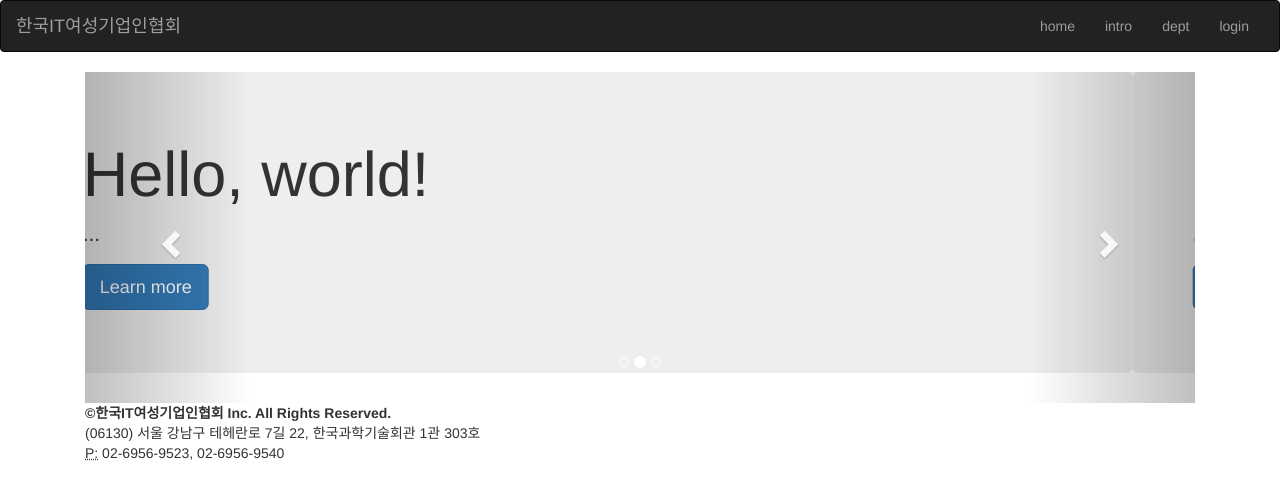
Repository: minho00123/sw-professional-training
Page: http://localhost/sts05/WEB-INF/views/index.jsp
An editor plug-in stored every save of this project. The page is shown before and after a run of saves, followed by the edit.
The browser window is 1280 px wide. The pictures show the whole page.
The page is served by Tomcat 9. Nobody is signed in. The template is opened directly, without the code that normally fills it, so the values that code supplies are empty.

Above is the page before, as saved 2025-05-19 03:50:40.

After the next 2 saves:
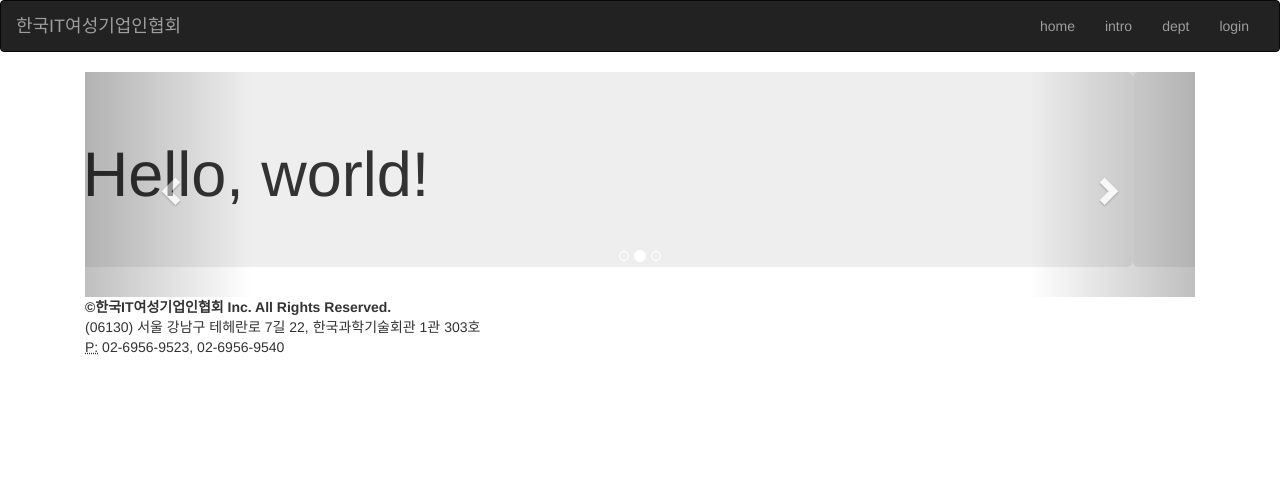
The 2 saves are shown as one change because they came seconds apart.
The last was saved 28 s later.
--- a/stsWorkspace/sts05/src/main/webapp/WEB-INF/views/index.jsp
+++ b/stsWorkspace/sts05/src/main/webapp/WEB-INF/views/index.jsp
@@ -24,21 +24,11 @@
 			<div class="item active">
 				<div class="jumbotron">
 					<h1>Hello, world!</h1>
-					<p>...</p>
-					<p>
-						<a class="btn btn-primary btn-lg" href="#" role="button">Learn
-							more</a>
-					</p>
 				</div>
 			</div>
 			<div class="item">
 				<div class="jumbotron">
 					<h1>Hello, world!</h1>
-					<p>...</p>
-					<p>
-						<a class="btn btn-primary btn-lg" href="#" role="button">Learn
-							more</a>
-					</p>
 				</div>
 			</div>
 			<div class="item">
